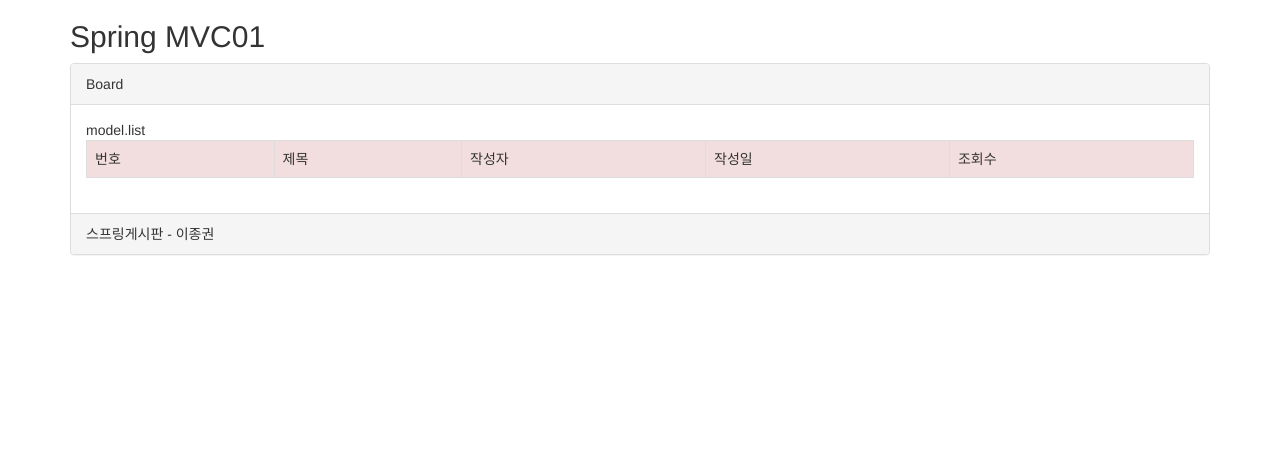
Repository: leejonggwon/PBG_SpringProject
Page: http://localhost/SpringMVC01/boardList.do
An editor plug-in stored every save of this project. The page is shown before and after the next save, followed by the edit.
The browser window is 1280 px wide. The pictures show the whole page.
The page is served by Tomcat 9. Other server files are loaded and not shown.

Above is the page before, as saved 2025-08-01 04:00:13.

### SpringMVC01/src/main/webapp/WEB-INF/views/boardList.jsp
<%@ page language="java" contentType="text/html; charset=UTF-8"
    pageEncoding="UTF-8"%>
<%@ taglib prefix="c" uri="http://java.sun.com/jsp/jstl/core"%>
<!DOCTYPE html>
<html>
<head>
<meta charset="UTF-8">
<title>Insert title here</title>
<link rel="stylesheet" href="https://maxcdn.bootstrapcdn.com/bootstrap/3.4.1/css/bootstrap.min.css">
<script src="https://ajax.googleapis.com/ajax/libs/jquery/3.7.1/jquery.min.js"></script>
<script src="https://maxcdn.bootstrapcdn.com/bootstrap/3.4.1/js/bootstrap.min.js"></script>
</head>
<body>
	<div class="container">
		<h2>Spring MVC01</h2>
		<div class="panel panel-default">
			<div class="panel-heading">Board</div>
			<div class="panel-body">
				<table class= "table table-bordered table-hover">
					<tr class="danger">
						<td>번호</td>
						<td>제목</td>
						<td>작성자</td>
						<td>작성일</td>
						<td>조회수</td>
					</tr>
					model.list


				</table>
			</div>
			<div class="panel-footer">스프링게시판 - 이종권</div>
		</div>
	</div>
</body>
</html>

### SpringMVC01/src/main/java/kr/spring/entity/Board.java
package kr.sping.entity;

import lombok.AllArgsConstructor;
import lombok.Data;
import lombok.NoArgsConstructor;
import lombok.ToString;

//DTO를 하나의 객체라고 해서 영어로 entity라고 한다
//entity 패키지를 따로 만든다, entity에 Board DTO를 넣는다, 실제에서는 Board라고 쓴다

//어노테이션으로 필요한거 추가하면 된다
@Data               //lombok으로 Getter/Setter 자동으로 만들어줬음
@AllArgsConstructor //전체생성자
@NoArgsConstructor  //기본생성자
@ToString           //ToString
public class Board {

	private int idx; //번호
	private String title; //제목
	private String content; //내용
	private String writer; //작성자
	private String indate; //작성일
	private int count; //조회수

	//**요즘에는 Getter/Setter/생성자를 안쓴다 → 롬복API로 사용한다(알아서 만들어준다)

}

After the next save:
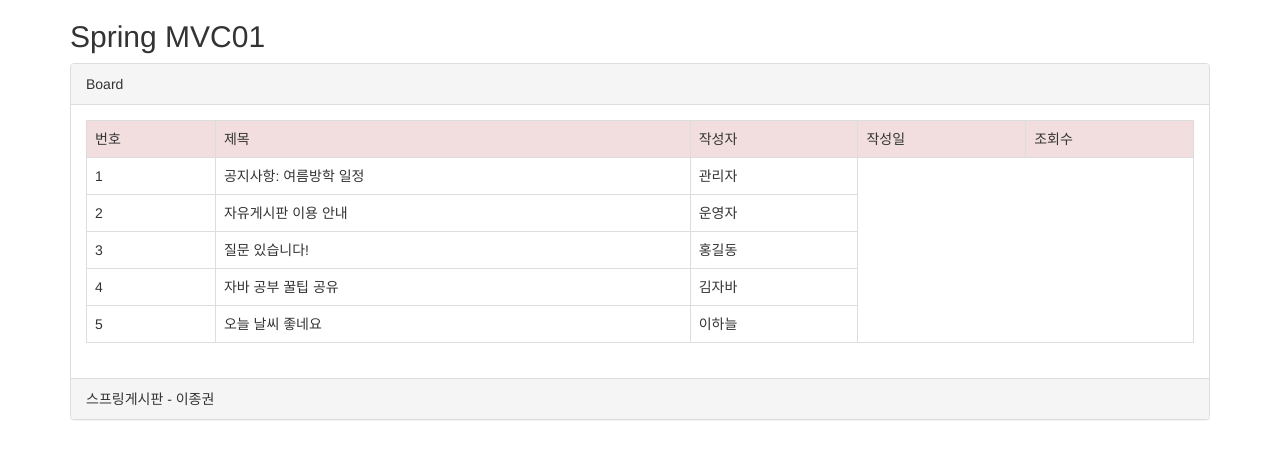
Saved 3 min 10 s later.
--- a/SpringMVC01/src/main/webapp/WEB-INF/views/boardList.jsp
+++ b/SpringMVC01/src/main/webapp/WEB-INF/views/boardList.jsp
@@ -24,7 +24,16 @@
 						<td>작성일</td>
 						<td>조회수</td>
 					</tr>
-					model.list
+
+					<c:forEach items="${list}" var="board">
+						<tr>
+							<td>${board.idx}</td>
+							<td>${board.title}</td>
+							<td>${board.writer}</td>
+						</tr>
+					</c:forEach>
+
+
 
 
 				</table>
